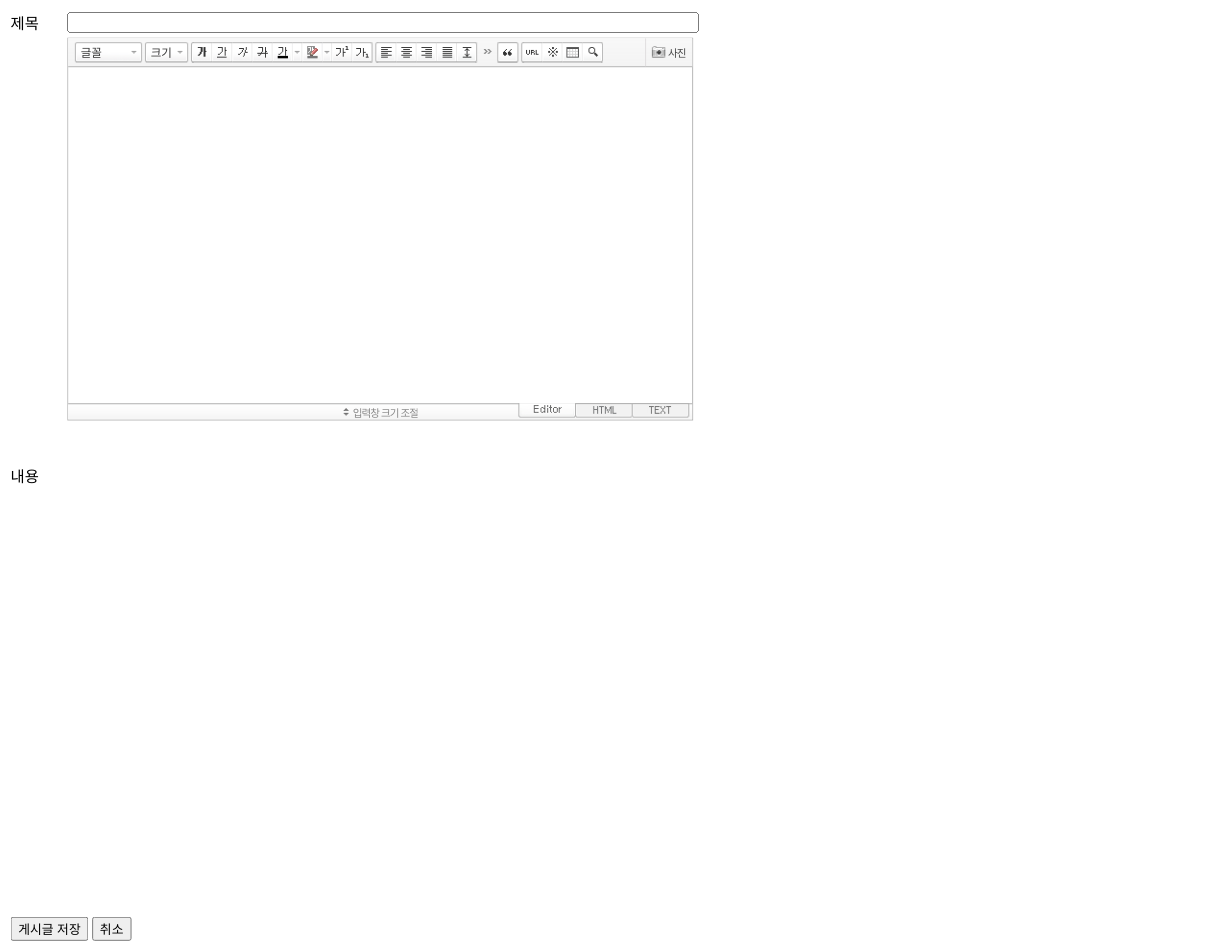
Repository: newtron-vania/Self-made_Foods-JSP
Page: http://localhost/smarteditorSample/Write.jsp
These files come from the project's save history. The page is drawn as it stood at one moment and after the next save; the edit follows.
The browser window is 1280 px wide. The pictures show the whole page, at 96% of full size.
Some web libraries are served in a nearby version. The page is served by Tomcat 9. Other server files are loaded and not shown.

Above is the page before, as saved 2019-12-13 20:49:43.
Console error: ReferenceError: jindo is not defined

### smarteditorSample/WebContent/Write.jsp
<%@ page language="java" contentType="text/html; charset=EUC-KR"
    pageEncoding="EUC-KR"%>
<!DOCTYPE html>
<html>
<head>
<meta charset="EUC-KR">
<title>Insert title here</title>
</head>
<!-- Smart Editor -->
<script type="text/javascript" src="<%=request.getContextPath()%>/SE2/js/HuskyEZCreator.js" charset="utf-8"></script>
<script type="text/javascript" src="<%=request.getContextPath()%>/SE2/photo_uploader/plugin/hp_SE2M_AttachQuickPhoto.js" charset="utf-8"></script>

<script type="text/javascript" src="http://code.jquery.com/jquery-1.9.0.min.js"></script>

<!-- Smart Editor -->
<script type="text/javascript">

var oEditors = [];
$(function(){
	nhn.husky.EZCreator.createInIFrame({
	    oAppRef: oEditors,
	    elPlaceHolder: "textAreaContent",
	    sSkinURI: "/smarteditorSample/SE2/SmartEditor2Skin.html",
	    fCreator: "createSEditor2"
	});

	//‘저장’ 버튼을 누르는 등 저장을 위한 액션을 했을 때 submitContents가 호출된다고 가정한다.
	function submitContents(elClickedObj) {
	    // 에디터의 내용이 textarea에 적용된다.
	    oEditors.getById["textAreaContent"].exec("UPDATE_CONTENTS_FIELD", [ ]);

	    // 에디터의 내용에 대한 값 검증은 이곳에서
	    // document.getElementById("textAreaContent").value를 이용해서 처리한다.

	    try {
	        elClickedObj.form.submit();
	    } catch(e) {

	    }
	}

});

	// textArea에 이미지 첨부
	function pasteHTML(filepath){
	    var sHTML = '<img src=C:/Workspace/Project/smarteditorSample/WebContent/img/'+filepath+'>';
	    oEditors.getById["textAreaContent"].exec("PASTE_HTML", [sHTML]);
	}

	$("#cancel").click(function(){
        oEditors.getById["ir1"].exec("UPDATE_CONTENTS_FIELD", []);
        response
    });

</script>
<body>
<form id="frm" action="insert.jsp" method="post" >
<table width="100%">
        <tr>
            <td>제목</td>
            <td><input type="text" id="title" name="title" style="width:650px"/></td>
        </tr>
        <tr>
            <td>내용</td>
            <td>
                <textarea rows="10" cols="30" id="textAreaContent" name="content" style="width:650px; height:350px; "></textarea>
            </td>
        </tr>
        <tr>
            <td colspan="2">
                <input type="submit" name="save" value="게시글 저장"/>
                <input type="button" name = "cancel" value="취소" onclick="location.href='write.jsp'"/>
            </td>
        </tr>
</table>
</body>
</html>

### smarteditorSample/WebContent/SE2/css/smart_editor2_in.css
@charset "UTF-8";
/* NHN Web Standardization Team (http://html.nhndesign.com/) HHJ 090226 */
/* COMMON */
body, .se2_inputarea { margin: 0; padding: 0; font-family: '돋움',Dotum,Helvetica,Sans-serif; font-size: 12px; line-height: 1.5; }

/* body,.se2_inputarea,.se2_inputarea th,.se2_inputarea td{margin:0;padding:0;font-family:'돋움',Dotum,Helvetica,Sans-serif;font-size:12px;line-height:1.5;color:#666} */
.se2_inputarea p, .se2_inputarea br { margin: 0; padding: 0; }

.se2_inputarea { margin: 15px; word-wrap: break-word; *word-wrap: normal; *word-break: break-all; }

.se2_inputarea_890 { width: 741px; margin: 20px 0 10px 64px; }

.se2_inputarea_698 { width: 548px; margin: 20px 0 10px 64px; }

/* TEXT_TOOLBAR : QUOTE */
.se2_quote1 { margin: 0 0 30px 20px; padding: 0 8px; border-left: 2px solid #ccc; color: #888; }

.se2_quote2 { margin: 0 0 30px 13px; padding: 0 8px 0 16px; background: url("../img/bg_quote2.gif") 0 3px no-repeat; color: #888; }

.se2_quote3 { margin: 0 0 30px; padding: 12px 10px 11px; border: 1px dashed #ccc; color: #888; }

.se2_quote4 { margin: 0 0 30px; padding: 12px 10px 11px; border: 1px dashed #66b246; color: #888; }

.se2_quote5 { margin: 0 0 30px; padding: 12px 10px 11px; border: 1px dashed #ccc; background: #fafafa; color: #888; }

.se2_quote6 { margin: 0 0 30px; padding: 12px 10px 11px; border: 1px solid #e5e5e5; color: #888; }

.se2_quote7 { margin: 0 0 30px; padding: 12px 10px 11px; border: 1px solid #66b246; color: #888; }

.se2_quote8 { margin: 0 0 30px; padding: 12px 10px 11px; border: 1px solid #e5e5e5; background: #fafafa; color: #888; }

.se2_quote9 { margin: 0 0 30px; padding: 12px 10px 11px; border: 2px solid #e5e5e5; color: #888; }

.se2_quote10 { margin: 0 0 30px; padding: 12px 10px 11px; border: 2px solid #e5e5e5; background: #fafafa; color: #888; }

Loaded but not shown: smarteditorSample/WebContent/SE2/js/jindo.min.js (library); smarteditorSample/WebContent/SE2/js/jindo_component.js (library); smarteditorSample/WebContent/SE2/js/smarteditor2.min.js (library); smarteditorSample/WebContent/SE2/smart_editor2_inputarea.html (common file); smarteditorSample/WebContent/SE2/js/SE2BasicCreator.js (92 lines, source omitted); smarteditorSample/WebContent/SE2/js/HuskyEZCreator.js (134 lines, source omitted); smarteditorSample/WebContent/SE2/photo_uploader/plugin/hp_SE2M_AttachQuickPhoto.js (108 lines, source omitted); smarteditorSample/WebContent/SE2/js/SE2B_Configuration_General.js (52 lines, source omitted); smarteditorSample/WebContent/SE2/js/SE2B_Configuration_Service.js (64 lines, source omitted); smarteditorSample/WebContent/SE2/SmartEditor2Skin.html (802 lines, source omitted); smarteditorSample/WebContent/SE2/css/smart_editor2_items.css (894 lines, source omitted); smarteditorSample/WebContent/SE2/css/smart_editor2.css (336 lines, source omitted)

After the next save:
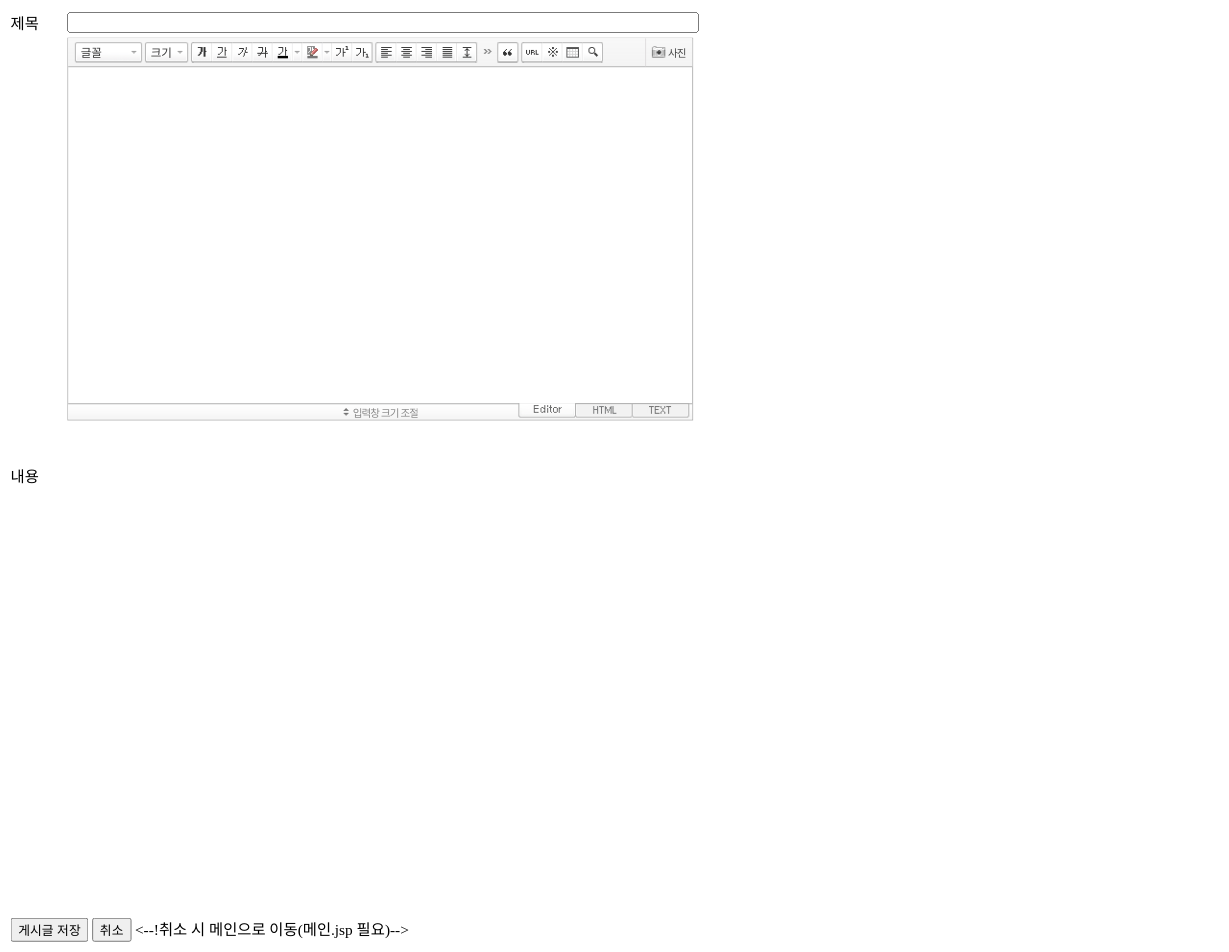
Saved 50 s later.
--- a/smarteditorSample/WebContent/Write.jsp
+++ b/smarteditorSample/WebContent/Write.jsp
@@ -69,7 +69,7 @@
         <tr>
             <td colspan="2">
                 <input type="submit" name="save" value="게시글 저장"/>
-                <input type="button" name = "cancel" value="취소" onclick="location.href='write.jsp'"/>
+                <input type="button" name = "cancel" value="취소" onclick="location.href='write.jsp'"/> <--!취소 시 메인으로 이동(메인.jsp 필요)-->
             </td>
         </tr>
 </table>

After the save that followed:
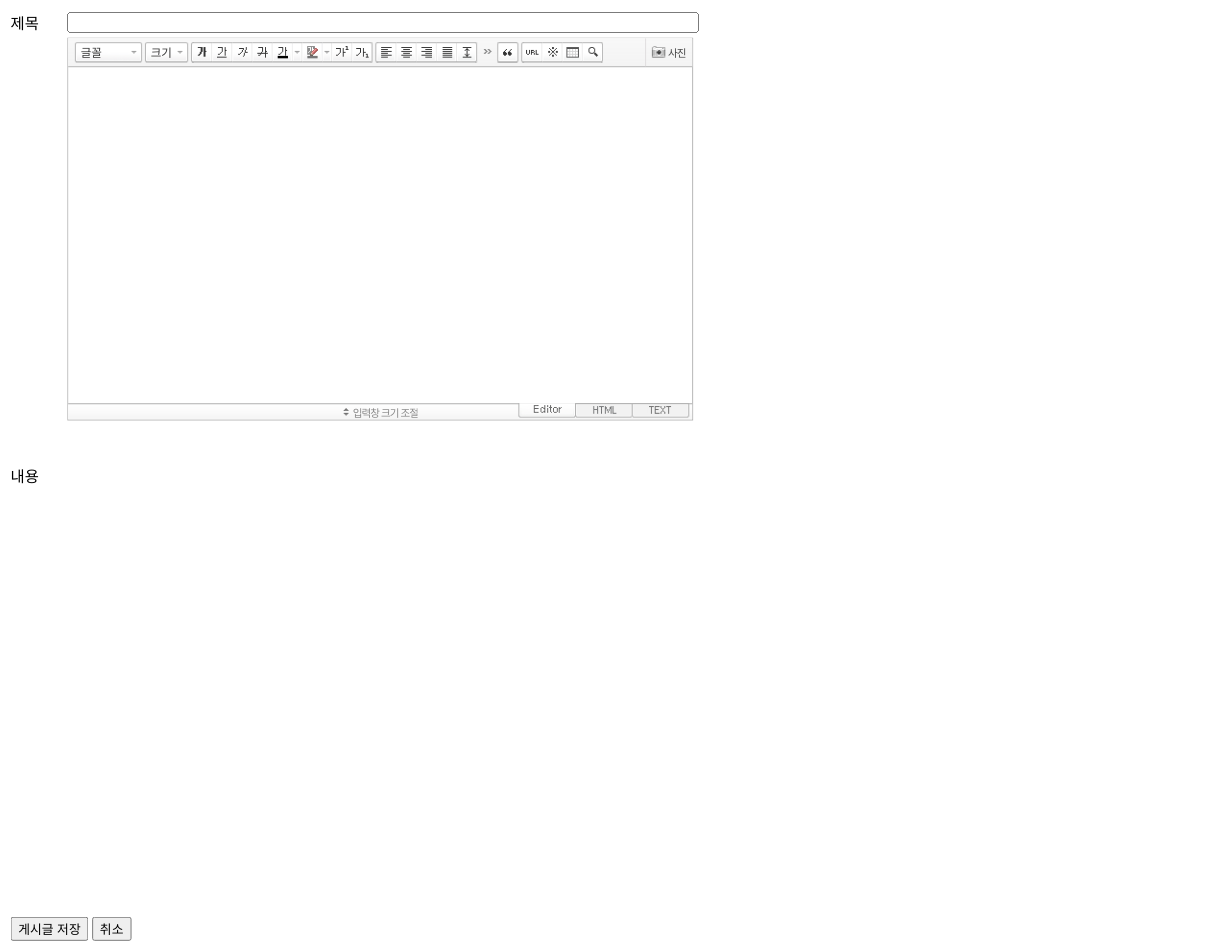
Saved 19 s later.
--- a/smarteditorSample/WebContent/Write.jsp
+++ b/smarteditorSample/WebContent/Write.jsp
@@ -69,7 +69,7 @@
         <tr>
             <td colspan="2">
                 <input type="submit" name="save" value="게시글 저장"/>
-                <input type="button" name = "cancel" value="취소" onclick="location.href='write.jsp'"/> <--!취소 시 메인으로 이동(메인.jsp 필요)-->
+                <input type="button" name = "cancel" value="취소" onclick="location.href='write.jsp'"/> <!--취소 시 메인으로 이동(메인.jsp 필요)-->
             </td>
         </tr>
 </table>
